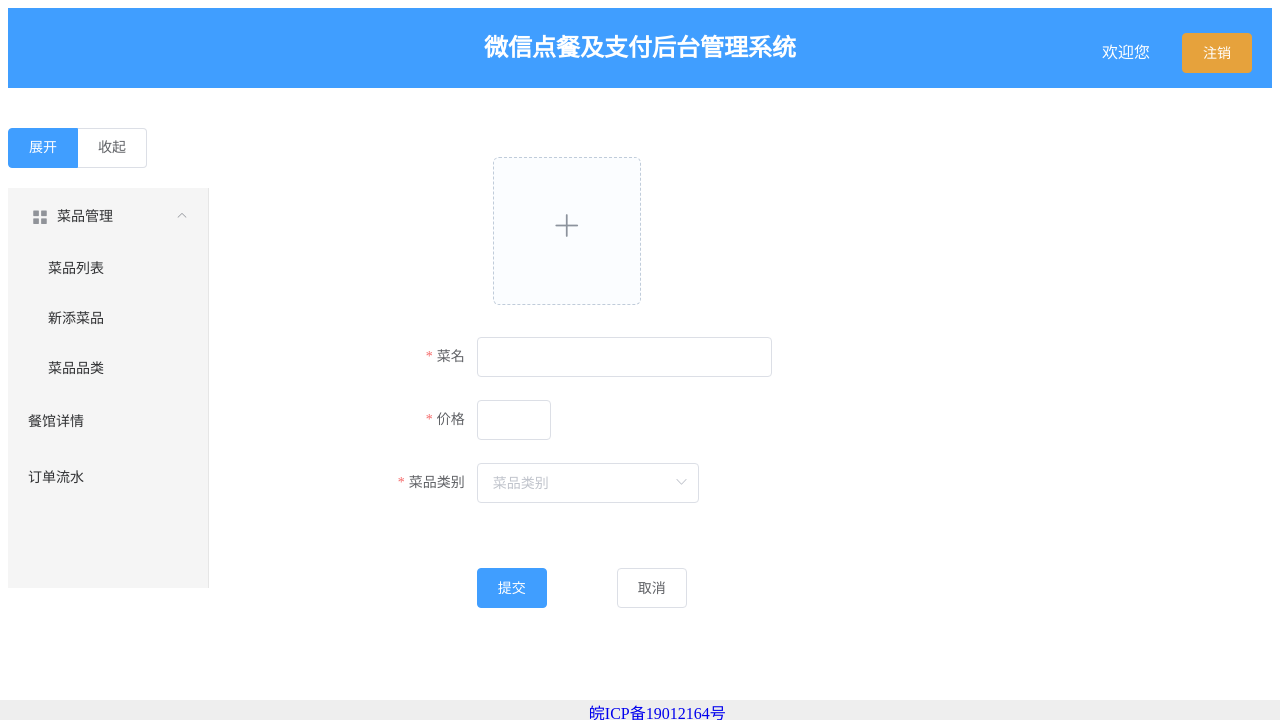
Repository: align-shi/order-web
Page: /pointpayment/hotelTable
An editor plug-in stored every save of this project. The page is shown before and after the next save, followed by the edit.
The browser window is 1280 px wide. The pictures show the whole page.
The page's requests for data from a server got no answer. The project was rebuilt for these pictures with package versions that can differ from the ones it lists, and the page was loaded fresh each time. No one was signed in, and anything a server would have sent is missing. Also part of the build but not shown: src/pages/login.vue.

Above is the page before, as saved 2020-03-11 10:34:01.

After the next save:
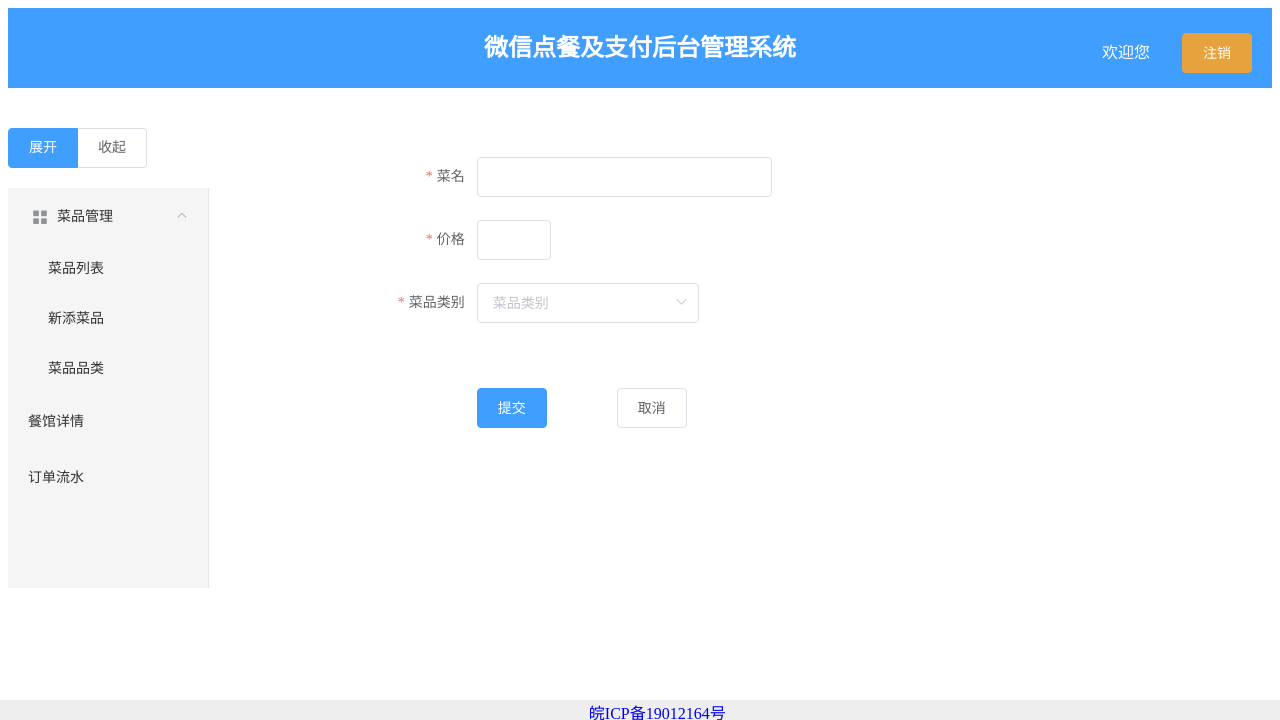
Saved 4 min 21 s later.
--- a/src/components/hotelTable.vue
+++ b/src/components/hotelTable.vue
@@ -1,38 +1,27 @@
 <template>
     <div class="form">
-        <el-upload
-            class="upload"
-            action=""
-            list-type="picture-card"
-            :on-preview="handlePictureCardPreview"
-            :on-remove="handleRemove"
-            :limit = 1
-            :before-upload="UpladFile"
-            >
-            <!--  :on-change="saveFile"  :auto-upload="false"  :on-change="saveFile" :auto-upload="false" :before-upload="UpladFile" -->
-            <i class="el-icon-plus"></i>
-          </el-upload>
-          <el-dialog :visible.sync="dialogVisible">
+
+        <el-dialog :visible.sync="dialogVisible">
             <img width="100%" :src="dialogImageUrl" alt="">
-          </el-dialog>
+        </el-dialog>
 
-          <el-form :model="form" label-width="80px" :rules="formRules" ref="form">
+        <el-form :model="form" label-width="80px" :rules="formRules" ref="form">
             <el-form-item label="菜名" prop="dishes">
-              <el-input v-model="form.dishes" auto-complete="off" style="width:40%"></el-input>
+                <el-input v-model="form.dishes" auto-complete="off" style="width:40%"></el-input>
             </el-form-item>
 
             <el-form-item label="价格" prop="price">
-              <el-input v-model="form.price" auto-complete="off" style="width:10%"></el-input>
+                <el-input v-model="form.price" auto-complete="off" style="width:10%"></el-input>
             </el-form-item>
 
             <el-form-item label="菜品类别" prop="typeId">
-              <el-select clearable  v-model="form.typeId" placeholder="菜品类别" autocomplete="off"
-                      style="width: 30%">
-              <el-option v-for="item in typeList" :key="item.id" :label="item.typeName"
+                <el-select clearable  v-model="form.typeId" placeholder="菜品类别" autocomplete="off"
+                        style="width: 30%">
+                <el-option v-for="item in typeList" :key="item.id" :label="item.typeName"
                         :value="item.id"></el-option>
-              </el-select>
+                </el-select>
             </el-form-item>
-          </el-form>
+        </el-form>
 
         <div class="buttons">
             <el-button type="primary" @click.native="submit" :loading="submitLoading">提交</el-button>
